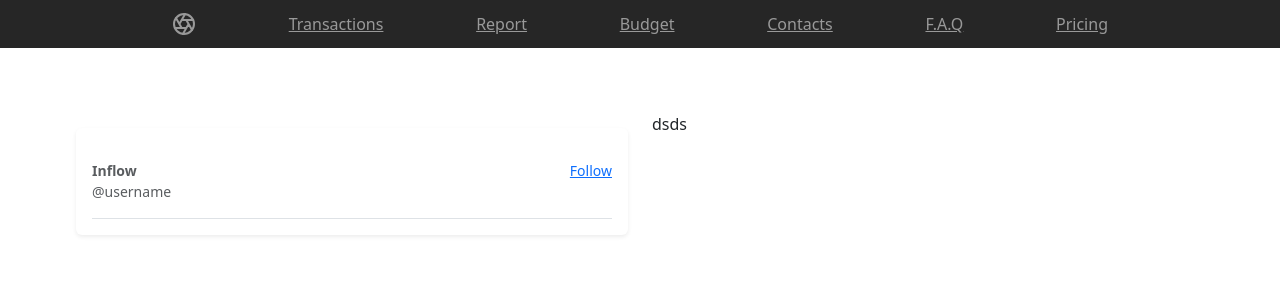
Repository: Nuriddinkhuja/budget-app-advanced
Page: index.html
These files come from the project's save history. The page is drawn as it stood at one moment and after the next save; the edit follows.
The browser window is 1280 px wide. The pictures show the whole page.
Some web libraries are served in a nearby version.

Above is the page before, as saved 2019-12-17 16:12:26.

After the next save:
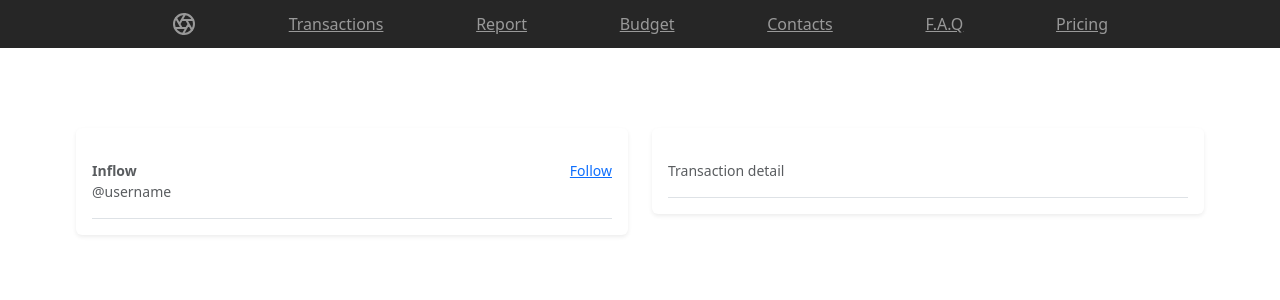
Saved 58 s later.
--- a/index.html
+++ b/index.html
@@ -37,7 +37,13 @@
                 </div>
             </div>
             <div class="col-sm">
-                dsds
+                <div class="my-3 p-3 bg-white rounded shadow-sm">
+                    <div class="media text-muted pt-3">
+                        <div class="media-body pb-3 mb-0 small lh-125 border-bottom border-gray">
+                            Transaction detail
+                        </div>
+                    </div>
+                </div>
             </div>
         </div>
     </div>
